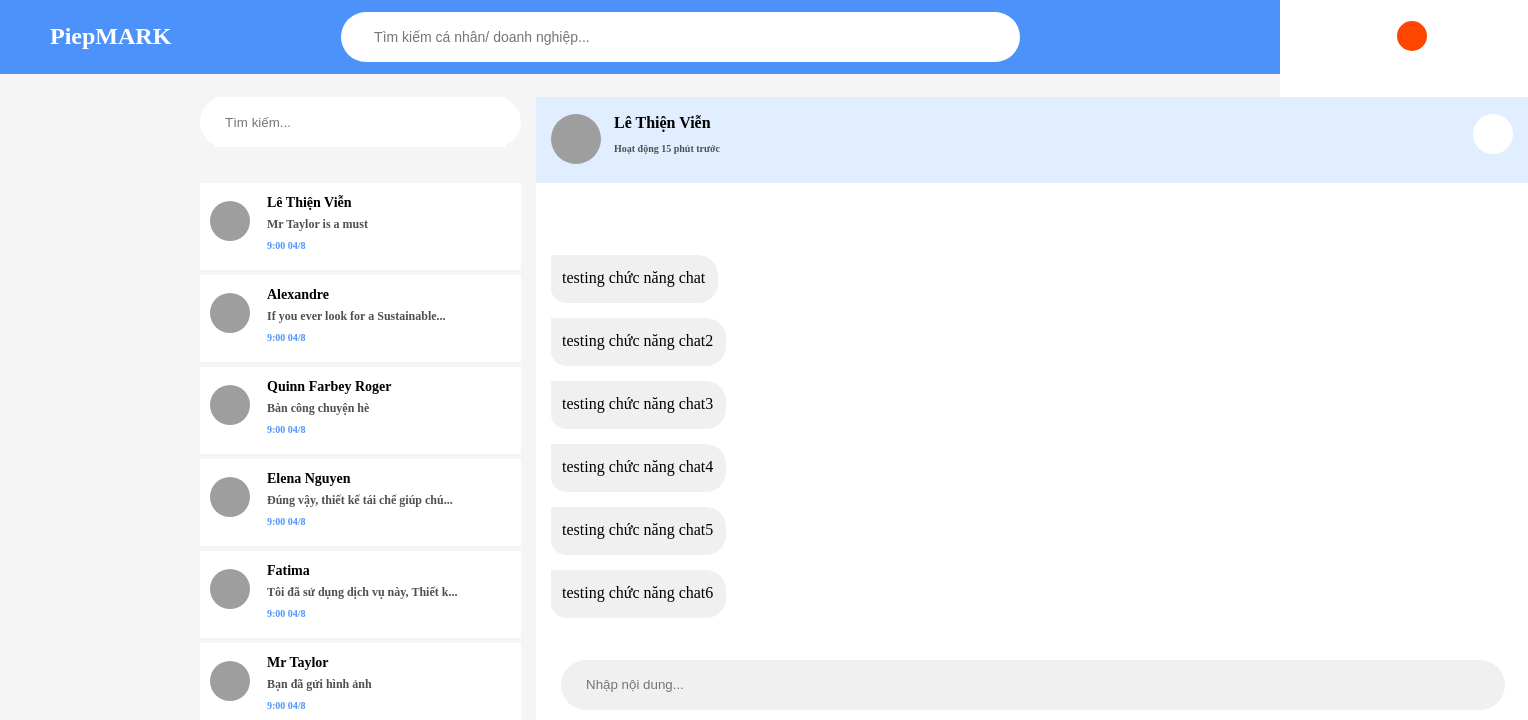
Repository: Jackietruong2805/th-c-t-p
Page: /chatbox/1 (app in vue-laravel-boilerplate/)
The author's editor kept a copy of each file at every save. The page is drawn from the files as they stood at one save, then again after the next save.
The browser window is 1280 px wide. The page is 1528 px wide, so the pictures cover 1528 px, including what lies to the right of the window. The pictures show the whole page.
Pictures or frames that could not be fetched are drawn as grey boxes. The project was rebuilt for these pictures with package versions that can differ from the ones it lists, and the page was loaded fresh each time. Also part of the build but not shown: vue-laravel-boilerplate/vite.config.ts, vue-laravel-boilerplate/src/components/DemoComponent.vue.

Above is the page before, as saved 2022-08-26 16:22:38.

After the next save:
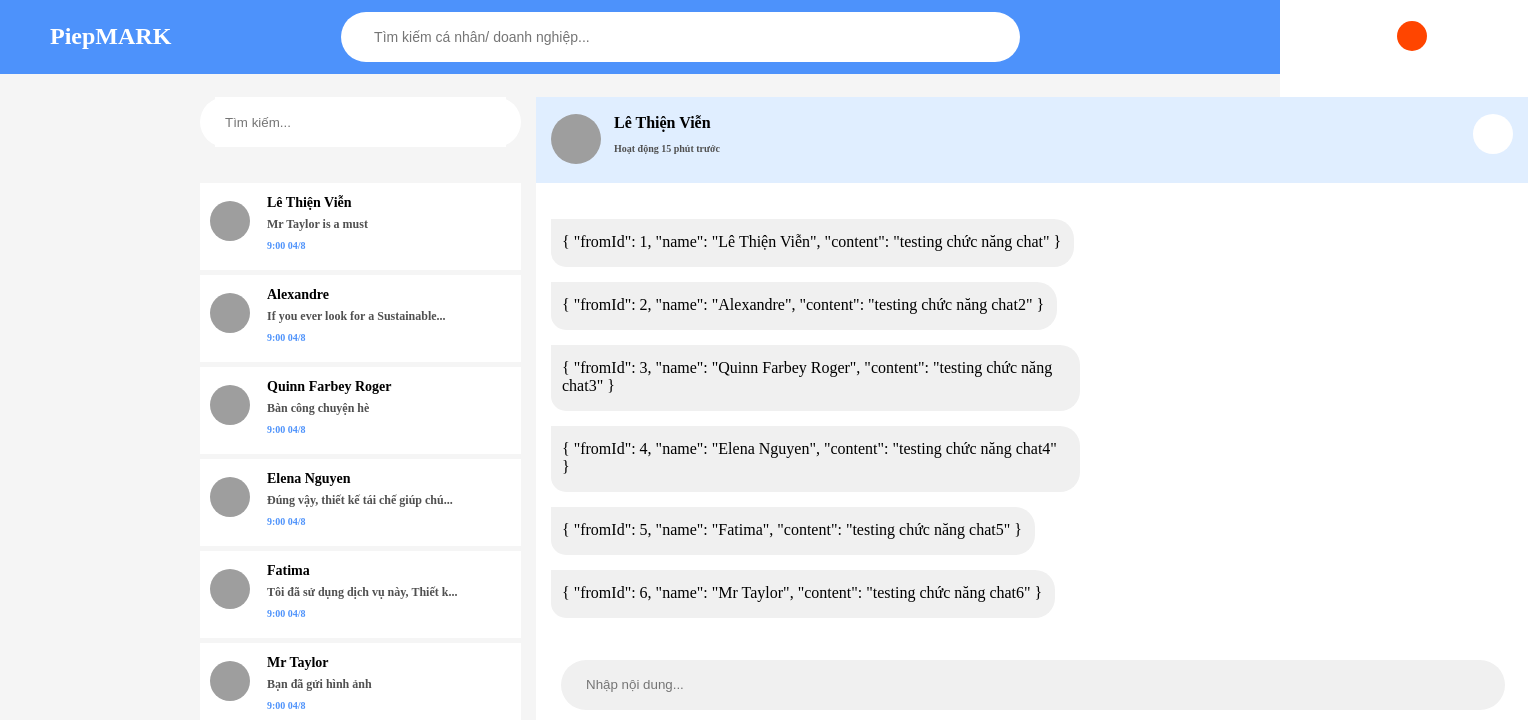
Saved 4 min 19 s later.
--- a/vue-laravel-boilerplate/src/components/ChatBox.vue
+++ b/vue-laravel-boilerplate/src/components/ChatBox.vue
@@ -17,7 +17,7 @@
   <div class="chat__content">
     <div class="message-wrapper">
       <ChatMessage
-        :message="message.content"
+        :message="message"
         v-for="message in messageStore"
         :key="message.fromId"
       ></ChatMessage>
